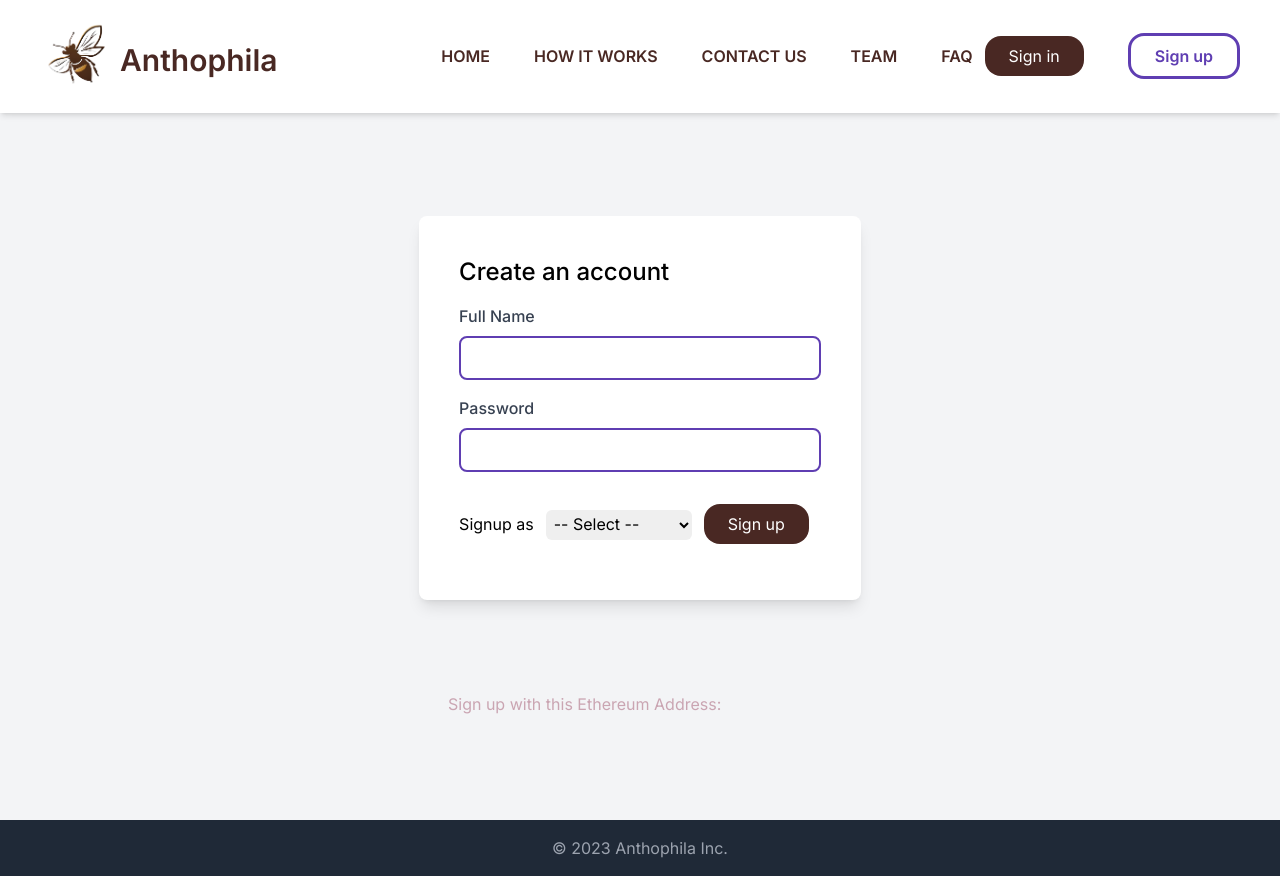
Repository: marcusdashe/anthophila
Page: /signup
An editor plug-in stored every save of this project. The page is shown before and after the next save, followed by the edit.
The browser window is 1280 px wide. The pictures show the whole page.
The project was rebuilt for these pictures with package versions that can differ from the ones it lists, and the page was loaded fresh each time. The framework's server and built-in components were replaced by stand-ins that run in the browser. Also part of the build but not shown: next.config.js.

Above is the page before, as saved 2023-03-14 14:32:02.

### pages/_document.js
import { Html, Head, Main, NextScript } from "next/document";

export default function Document() {
  return (
    <Html lang="en">
      <Head>
        <link rel="preconnect" href="https://fonts.googleapis.com" />
        <link
          rel="preconnect"
          href="https://fonts.gstatic.com"
          crossOrigin="true"
        />
        <link
          href="https://fonts.googleapis.com/css2?family=Inter:wght@100;200;300;400;500;600&display=swap"
          rel="stylesheet"
        />
      </Head>
      <body>
        <Main />
        <NextScript />
      </body>
    </Html>
  );
}

### pages/signup.js
import React, { useState, useEffect } from "react";
import { useRouter } from "next/router";
import Web3 from "web3";
import KeyboardBackspaceIcon from "@mui/icons-material/KeyboardBackspace";
import Link from "next/link";
import Layout from "@/components/Layout";

const Signup = () => {
  const [error, setError] = useState("");
  const [web3, setWeb3] = useState(null);
  const [user, setUser] = useState("");
  const [fullName, setFullName] = useState("");
  const [password, setPassword] = useState("");
  const [ethaddress, setEthaddress] = useState("");
  const [signupAs, setSignupAs] = useState("");
  const [signupSuccessfully, setSignupSuccessfully] = useState(false);

  const router = useRouter();

  useEffect(() => {
    setUser(router.query.user);
  }, [user]);

  const callSignupFunctionOnSC = async (evt) => {
    evt.preventDefault();
    await connectWallet();

    setSignupSuccessfully(true);

    if (signupSuccessfully) {
      router.push("/signin");
    }
  };

  const connectWallet = async () => {
    if (typeof window !== "undefined" && window.ethereum !== "undefined") {
      try {
        await window.ethereum.request({ method: "eth_requestAccounts" });
        setWeb3(new Web3(window.ethereum));
      } catch (error) {
        setError(error.message);
      }
    } else {
      window.alert("Please install metamask");
    }
    if (web3) {
      // setEthaddress(web3.eth.accounts[0]);
      // setEthaddress(await web3.eth.requestAccounts()[0]);
      setEthaddress(ethereum.selectedAddress);
      console.log(ethaddress);
    }
  };

  return (
    <Layout>
      <div className="flex flex-col items-center justify-center h-screen bg-gray-100">
        <figure className="fixed top-10 left-10">
          <Link href="/">
            {" "}
            <KeyboardBackspaceIcon fontSize="large" />
          </Link>
        </figure>
        <div className="font-bold text-2xl cursor-pointer flex flex-col items-center text-gray-80 hover:scale-110 duration-500 mb-6">
          {/* <img
            src="/assets/logo.png"
            alt="logo"
            className="object-scale-down h-20 w-20"
          /> */}
        </div>
        <div className="bg-white p-10 rounded-lg shadow-lg">
          <h1 className="text-2xl font-medium mb-4">Create an account</h1>
          <form onSubmit={callSignupFunctionOnSC}>
            <div className="mb-4">
              <label
                htmlFor="name"
                className="block text-gray-700 font-medium mb-2"
              >
                Full Name
              </label>
              <input
                type="text"
                id="name"
                name="name"
                value={fullName}
                onChange={(e) => setFullName(e.target.value)}
                className="border-[#5F3EB2] border-2 rounded-lg py-2 px-3 w-full"
              />
            </div>
            <div className="mb-4">
              <label
                htmlFor="password"
                className="block text-gray-700 font-medium mb-2"
              >
                Password
              </label>
              <input
                type="password"
                id="password"
                name="password"
                value={password}
                onChange={(e) => setPassword(e.target.value)}
                className="border-[#5F3EB2] border-2 rounded-lg py-2 px-3 w-full"
              />
            </div>

            <label htmlFor="signupAs">Signup as</label>
            <select
              id="signupAs"
              value={signupAs}
              onChange={(e) => setSignupAs(e.target.value)}
              className="border-1 mx-3 rounded-md p-1 focus:outline-none focus:ring-2 focus:ring-[#492823]"
              required
            >
              <option value="">-- Select --</option>
              <option value="testator">Testator</option>
              <option value="beneficiary">Beneficiary</option>
              <option value="doctor">Doctor/Coroner</option>
            </select>

            <button className="bg-[#492823] w-150 text-white my-4 py-2 px-6 rounded-2xl md:mr-3 ml-0 hover:bg-[#D5D0ED] hover:text-[#492823] duration-500 hover:scale-110 duration-500  snm:mr-3">
              Sign up
            </button>
          </form>
        </div>
        <p className="text-[#FBE7EE] w-[30%] my-10">{error}</p>
        <p className="text-[#caa5b2] w-[30%] my-3">
          Sign up with this Ethereum Address: {ethaddress}
        </p>
      </div>
    </Layout>
  );
};

export default Signup;

### styles/globals.css
@tailwind base;
@tailwind components;
@tailwind utilities;


@layer base {
    html {

      font-family: 'Inter', sans-serif;
    }
  }

### components/Layout.jsx
import React from "react";
import Head from "next/head";
import { Nav } from "@/components/Nav";

const Layout = ({ children }) => {
  return (
    <div className="flex flex-col min-h-screen">
      <Head>
        <title>Anthophilia</title>
        <meta
          name="description"
          content="decentralized platform for storing will"
        />
        <meta name="viewport" content="width=device-width, initial-scale=1" />
        <link rel="icon" href="/favicon.ico" />
      </Head>
      <Nav />

      <main className="flex-grow mt-[100px]">{children}</main>

      <footer className="bg-gray-800 py-4 text-gray-400 text-center">
        &copy; 2023 Anthophila Inc.
      </footer>
    </div>
  );
};

export default Layout;

### components/Nav.jsx
import React, { useState } from "react";
import Link from "next/link";
import Button from "./Button";
import MenuIcon from "@mui/icons-material/Menu";
import CloseIcon from "@mui/icons-material/Close";

export const Nav = () => {
  let Links = [
    { name: "HOME", link: "/" },
    { name: "HOW IT WORKS", link: "/hiw" },
    { name: "CONTACT US", link: "/contact" },
    { name: "TEAM", link: "/team" },
    { name: "FAQ", link: "/faq" },
  ];
  let [open, setOpen] = useState(false);

  return (
    <div className="md:fixed bg-white bg-opacity-[0.8] backdrop-blur-lg lg:fixed z-50 shadow-md w-full fixed top-0 left-0">
      <div className="md:flex items-center justify-between bg-white py-4 md:px-10 px-7">
        <Link href={"/"}>
          <div className="font-bold text-2xl cursor-pointer flex items-center text-gray-80 hover:scale-110 duration-500">
            <img
              src="/assets/logo.png"
              alt="logo"
              className="object-scale-down h-50 w-20"
            />
            <span className="text-3xl text-[#492823] mr-1 pt-2 ">
              Anthophila
            </span>
          </div>
        </Link>

        <div
          onClick={() => setOpen(!open)}
          className="text-3xl absolute right-8 top-6 cursor-pointer md:hidden "
        >
          {open ? (
            <CloseIcon fontSize="large" />
          ) : (
            <MenuIcon fontSize="large" />
          )}
        </div>
        <ul
          className={`md:flex md:items-center md:pb-0 pb-12 absolute md:static bg-white md:z-auto z-[-1] left-0 w-full md:w-auto md:pl-0 pl-9 transition-all duration-500 ease-in ${
            open ? "top-20 opacity-100" : "top-[-490px]"
          } md:opacity-100 opacity-0`}
        >
          {Links.map((link, idx) => (
            <li
              key={link.name}
              className="md:ml-8 text-md font-bold md:my-0 my-7 hover:scale-110 duration-500"
            >
              <Link
                href={link.link}
                key={idx}
                className="text-[#492823] hover:text-[#5F3EB2] duration-500 mr-3 "
              >
                {link.name}
              </Link>
            </li>
          ))}
          <Button isPrimary={true}>
            <Link href={{ pathname: "/signinOption" }}> Sign in </Link>
          </Button>
          <Button isPrimary={false}>
            <Link href={"/signup"}>Sign up</Link>
          </Button>
        </ul>
      </div>
    </div>
  );
};

### components/Button.jsx
import React, { useEffect } from "react";

const Button = ({ isPrimary, children }) => {
  console.log(isPrimary);
  return (
    <>
      {isPrimary ? (
        <button className="bg-[#492823] w-150 text-white py-2 px-6 rounded-2xl md:mr-3 ml-0 hover:bg-[#D5D0ED] hover:text-[#492823] duration-500 hover:scale-110 duration-500  snm:mr-3">
          {children}
        </button>
      ) : (
        <button className="bg-white w-150 text-[#5F3EB2]  border-[3px] border-[#5F3EB2] font-bold py-2 px-6 rounded-2xl hover:scale-110 duration-500 md:ml-8 duration-500 hover:text-[#492823] duration-500">
          {children}
        </button>
      )}
    </>
  );
};

export default Button;

### tailwind.config.js
/** @type {import('tailwindcss').Config} */

module.exports = {
  content: [
    "./app/**/*.{js,ts,jsx,tsx}",
    "./pages/**/*.{js,ts,jsx,tsx}",
    "./components/**/*.{js,ts,jsx,tsx}",
  ],
  theme: {
    extend: {},
  },
  plugins: [],
}

Loaded but not shown: pages/_app.js (common file)

After the next save:
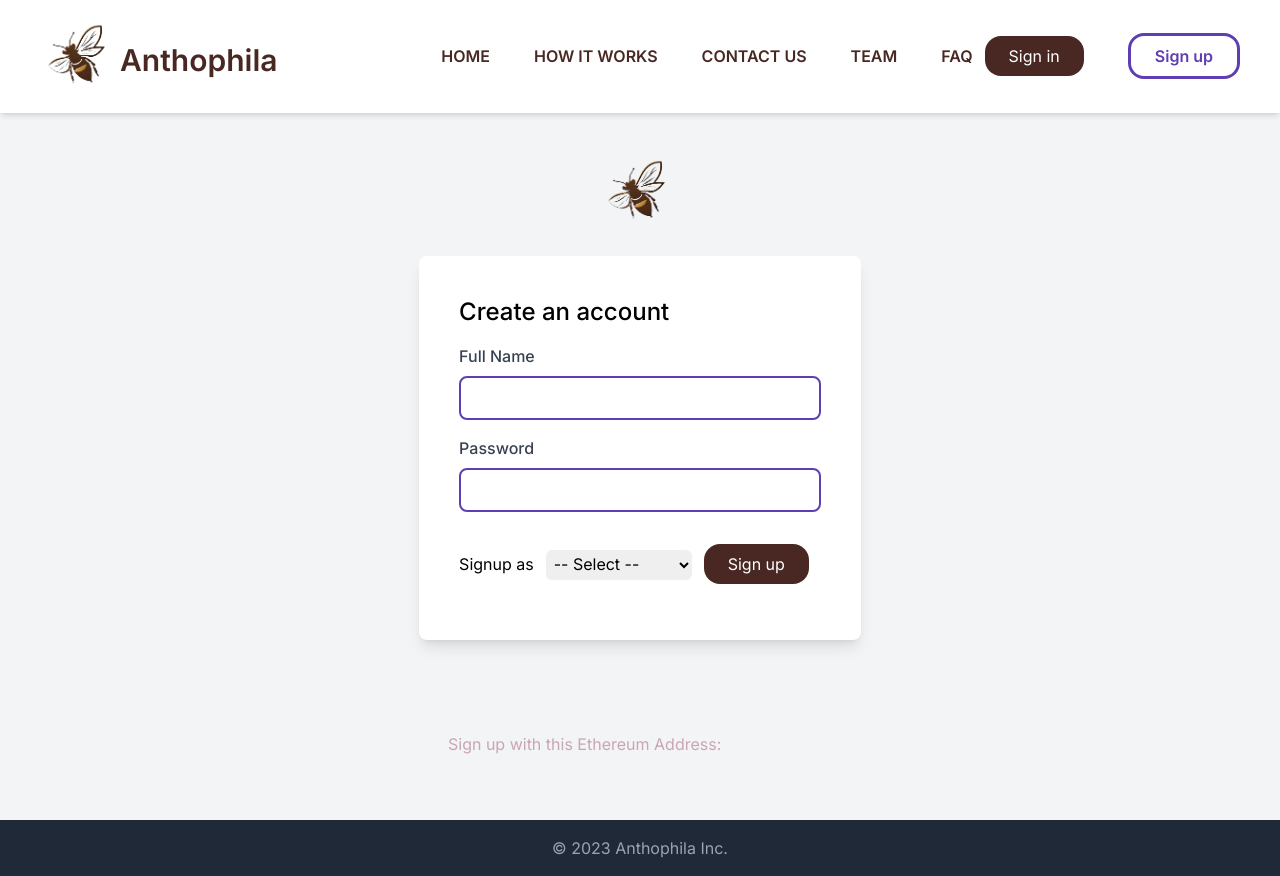
Saved 106 s later.
--- a/pages/signup.js
+++ b/pages/signup.js
@@ -61,11 +61,11 @@ const Signup = () => {
           </Link>
         </figure>
         <div className="font-bold text-2xl cursor-pointer flex flex-col items-center text-gray-80 hover:scale-110 duration-500 mb-6">
-          {/* <img
+          <img
             src="/assets/logo.png"
             alt="logo"
             className="object-scale-down h-20 w-20"
-          /> */}
+          />
         </div>
         <div className="bg-white p-10 rounded-lg shadow-lg">
           <h1 className="text-2xl font-medium mb-4">Create an account</h1>
